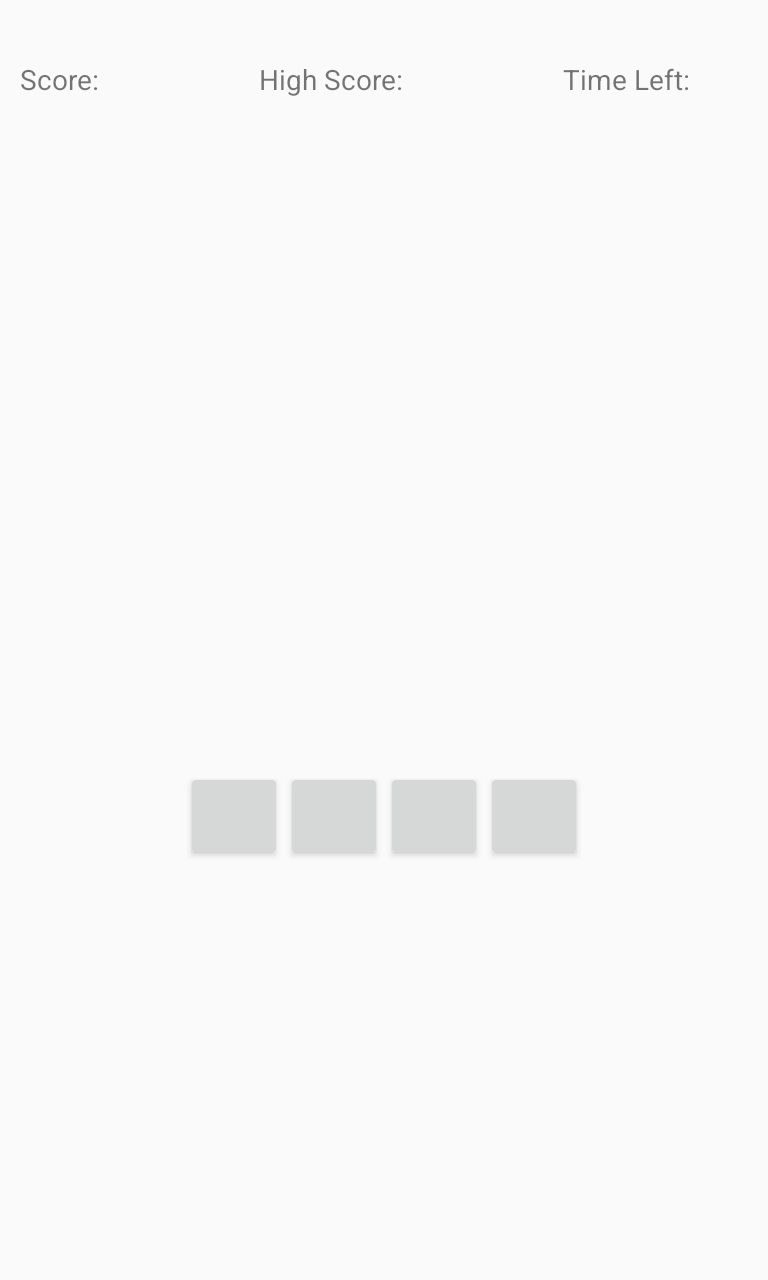
Repository: JoanneCaroll/Mathbomb
Layout: MathBomb/res/layout/activity_startgame.xml
The author's editor kept a copy of each file at every save. The layout is drawn from the files as they stood at one save, then again after the next save.
It is drawn on a 768 x 1280 px phone screen (xhdpi) without system bars, with theme AppTheme; the app's code is not run.

Above is the layout before, as saved 2014-11-12 04:28:49.

After the next save:
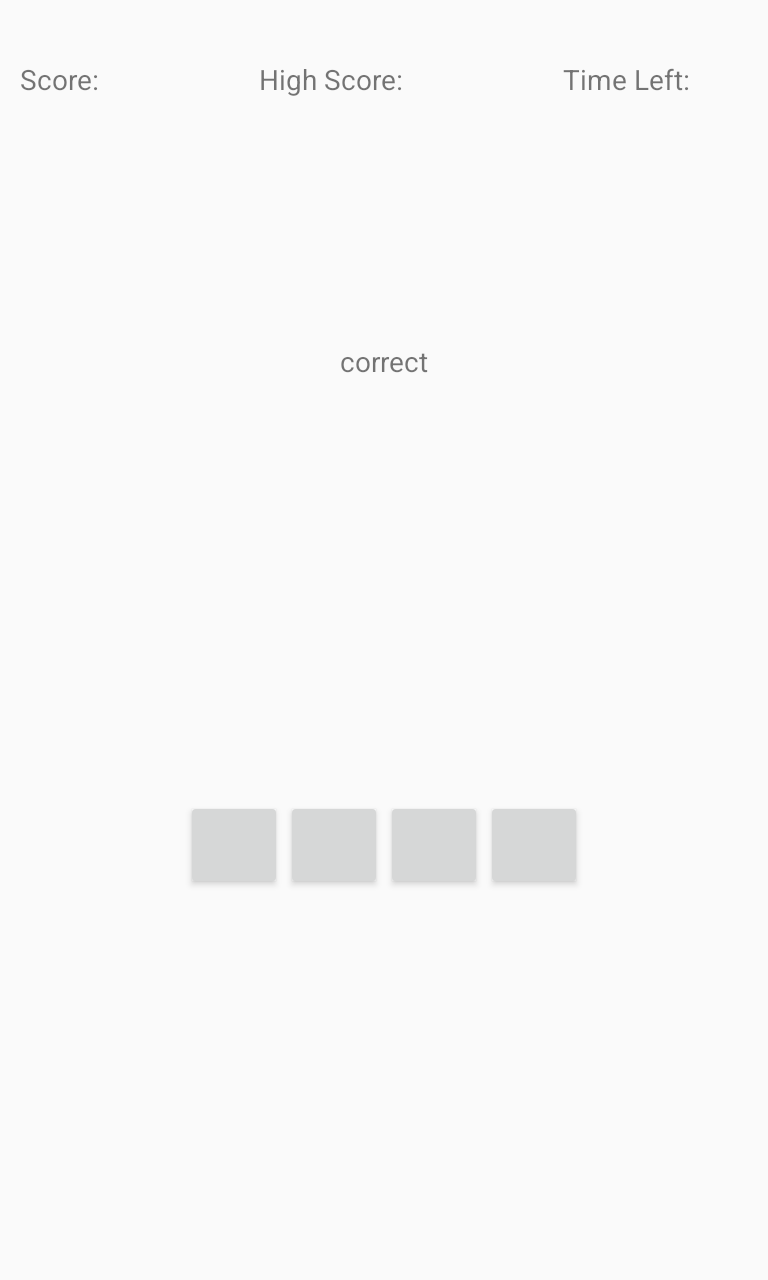
Saved 20 min 22 s later.
--- a/MathBomb/res/layout/activity_startgame.xml
+++ b/MathBomb/res/layout/activity_startgame.xml
@@ -81,6 +81,14 @@
 		    android:padding="5dp"
 		    android:textSize="50dp" />
 
+		 <TextView
+		    android:layout_below="@id/operator"
+		    android:id="@+id/showcorrect"
+		    android:layout_width="wrap_content"
+		    android:layout_height="wrap_content"
+		    android:padding="5dp"
+		    android:text="correct" />
+
     </RelativeLayout>
 
 	<RelativeLayout
